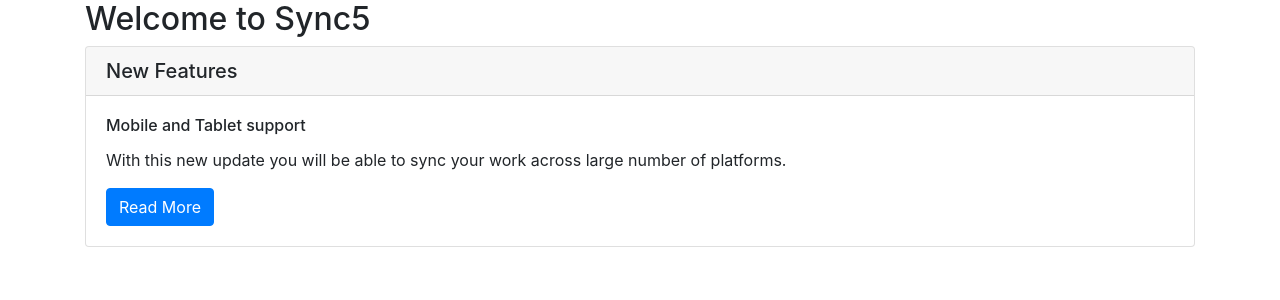
Repository: acciojob/bootstrap-card-vandanayadav15
Page: main.html
An editor plug-in stored every save of this project. The page is shown before and after the next save, followed by the edit.
The browser window is 1280 px wide. The pictures show the whole page.

Above is the page before, as saved 2022-10-28 23:24:33.

After the next save:
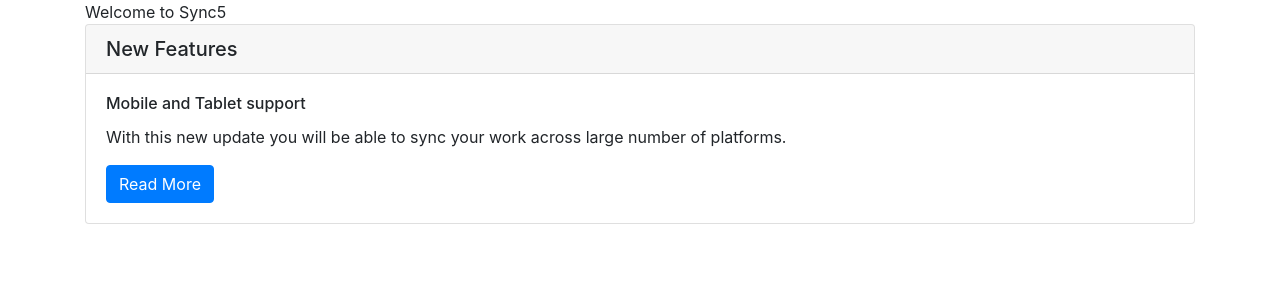
Saved 21 s later.
--- a/main.html
+++ b/main.html
@@ -14,7 +14,7 @@
 <body>
 
 	<div class="container">
-		<h2>Welcome to Sync5</h2>
+		<h>Welcome to Sync5</h2>
 		<div class="card">
 			<h5 class="card-header">New Features</h5>
 			<div class="card-body">

After the save that followed:
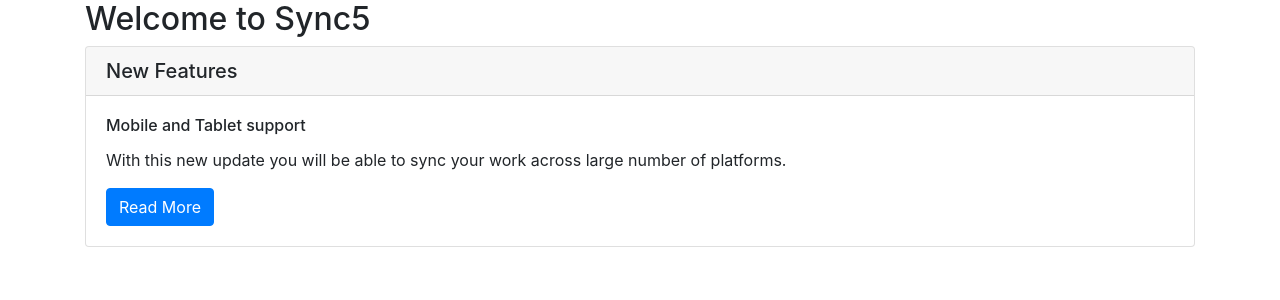
Saved 4 s later.
--- a/main.html
+++ b/main.html
@@ -14,7 +14,7 @@
 <body>
 
 	<div class="container">
-		<h>Welcome to Sync5</h2>
+		<h2>Welcome to Sync5</h2>
 		<div class="card">
 			<h5 class="card-header">New Features</h5>
 			<div class="card-body">
